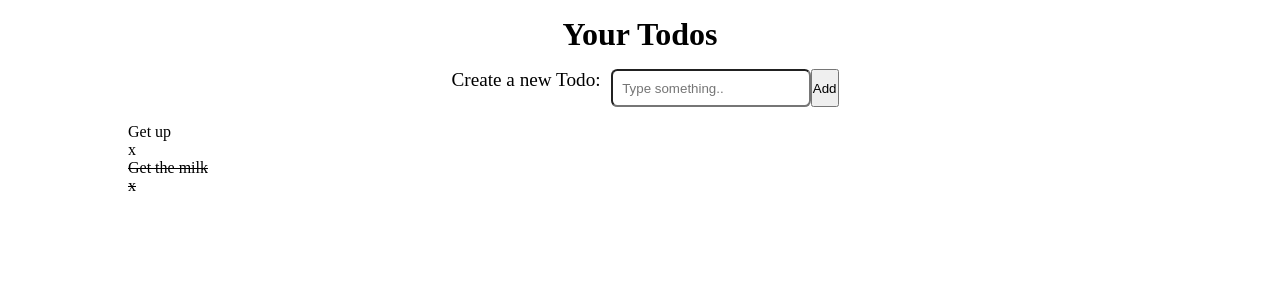
Repository: Heeeeeppo/todo-list
Page: / (app in frontend/)
An editor plug-in stored every save of this project. The page is shown before and after the next save, followed by the edit.
The browser window is 1280 px wide. The pictures show the whole page.
The project was rebuilt for these pictures with package versions that can differ from the ones it lists, and the page was loaded fresh each time.

Above is the page before, as saved 2023-11-07 19:39:30.

After the next save:
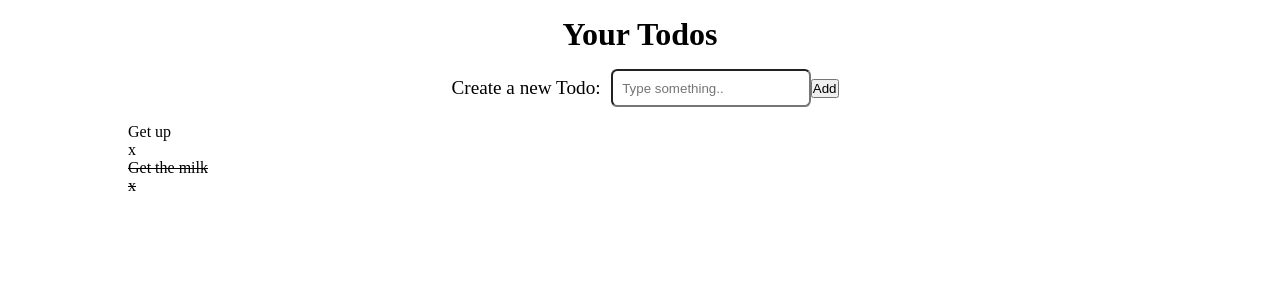
Saved 8 s later.
--- a/frontend/src/index.css
+++ b/frontend/src/index.css
@@ -17,7 +17,7 @@ h1 {
   display: flex;
   width: 50%;
   justify-content: center;
-  /* align-items: ; */
+  align-items: center;
   margin: auto;
   padding: 1rem;
 }
